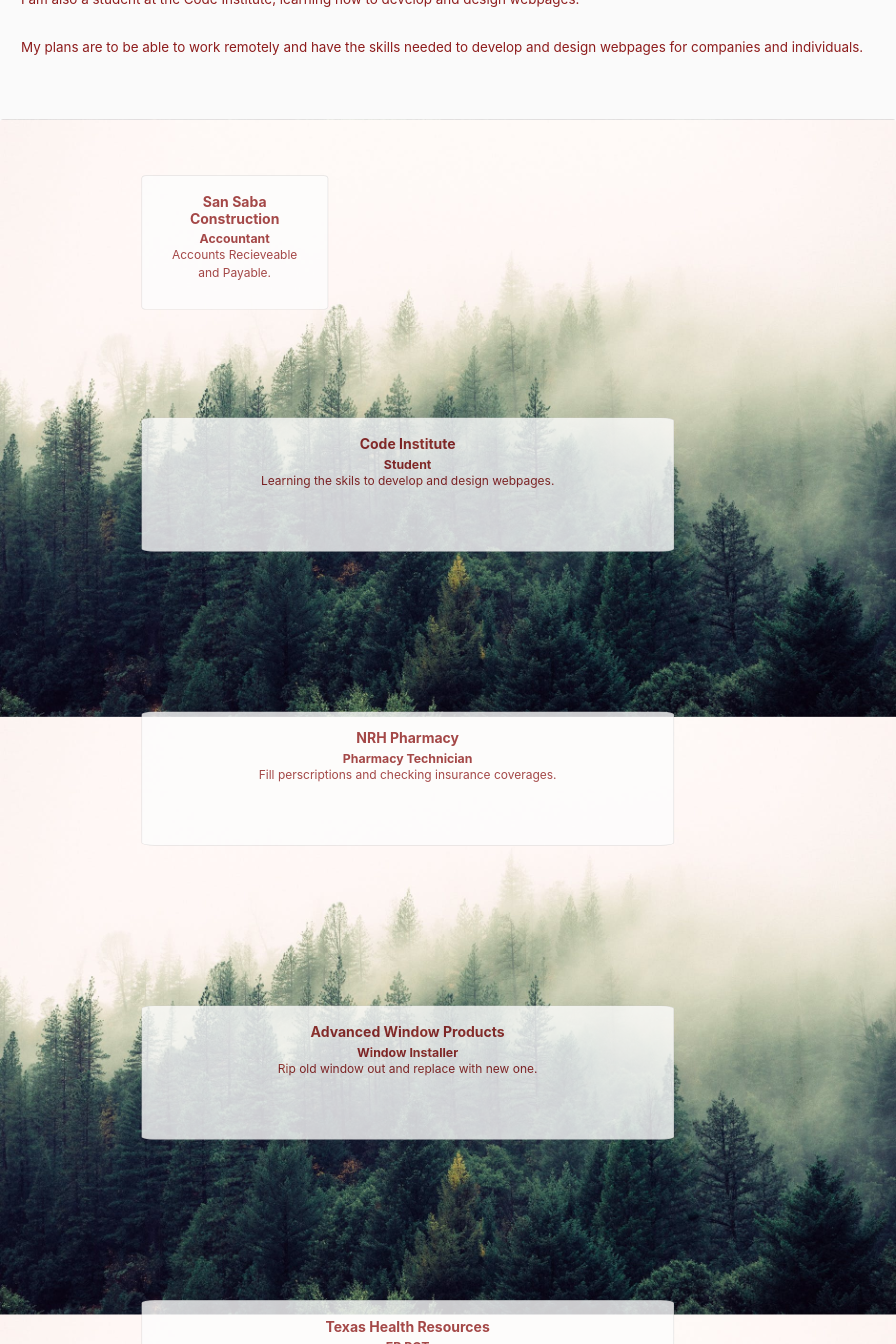
Repository: sshields9591/user-centric-project
Page: index.html
The author's editor kept a record of every edit. The page is drawn from the files as they stood at one moment, then again after the next edit.
The browser window is 1280 px wide. The pictures show the part of the page from y = 1016 to 2936 px (the page is 5099 px tall before and 5307 px after), at 70% of full size.
Backgrounds fixed to the window are drawn as part of the page. Some web libraries are served in a nearby version.

Above is the page before.

After the next edit:
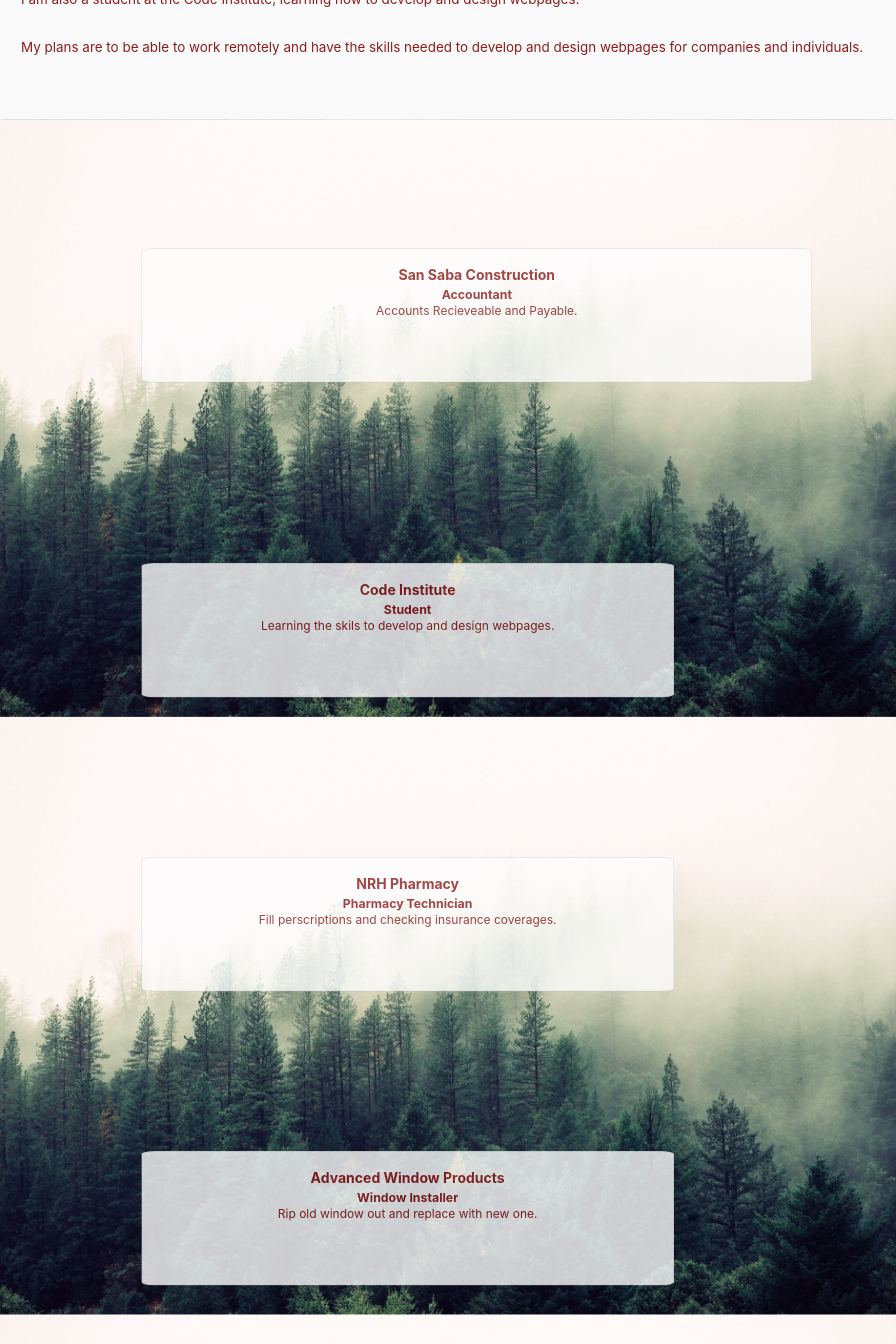
The edit:
--- a/index.html
+++ b/index.html
@@ -85,7 +85,7 @@
 
     <div class="jumbotron" id="work">
         <div class="container-fluid card-container">
-            <div class="col col-md-3 project-cards">
+            <div class="col col-md-10 project-cards">
                 <div class="card">
                     <div class="card-body">
                         <h5 class="card-title">San Saba Construction</h5>
